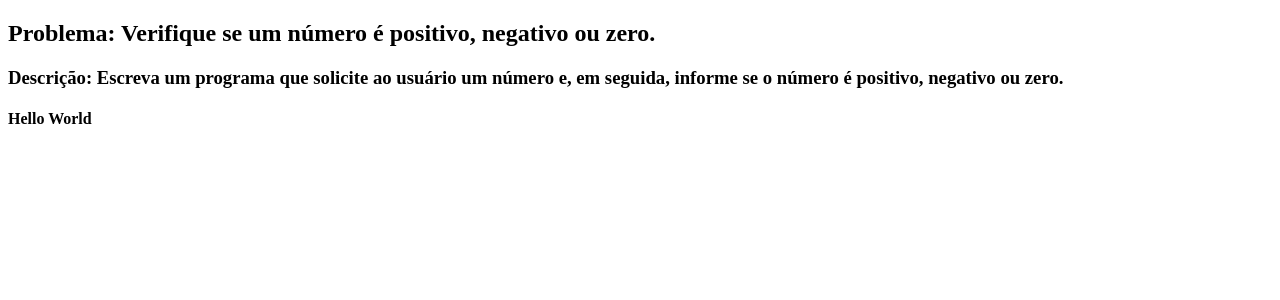
Repository: geracao-09/exercicios-logica
Page: index.html
These files come from the project's save history. The page is drawn as it stood at one moment and after the next save; the edit follows.
The browser window is 1280 px wide. The pictures show the whole page.

Above is the page before, as saved 2025-04-29 08:34:13.

### index.html
<!DOCTYPE html>
<html lang="en">
<head>
    <meta charset="UTF-8">
    <meta name="viewport" content="width=device-width, initial-scale=1.0">
    <title>Document</title>
</head>
<body>
    <main>
        <h2>Problema: Verifique se um número é positivo, negativo ou zero.
        </h2>
        <h3>
            Descrição: Escreva um programa que solicite ao usuário um número e, em seguida, informe se o número é positivo, negativo ou zero.
        </h3>
        <h4 id="answer0">

        </h4>
    </main>
    <script src="app.js"></script>
</body>
</html>

### app.js
const answer0 = document.getElementById("answer0");

answer0.innerHTML = "Hello World";

After the next save:
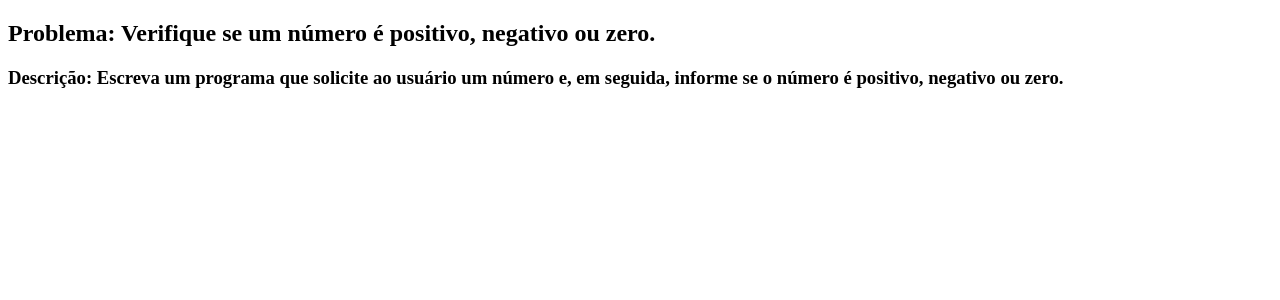
Saved 22 s later.
--- a/app.js
+++ b/app.js
@@ -1,3 +1 @@
 const answer0 = document.getElementById("answer0");
-
-answer0.innerHTML = "Hello World";
